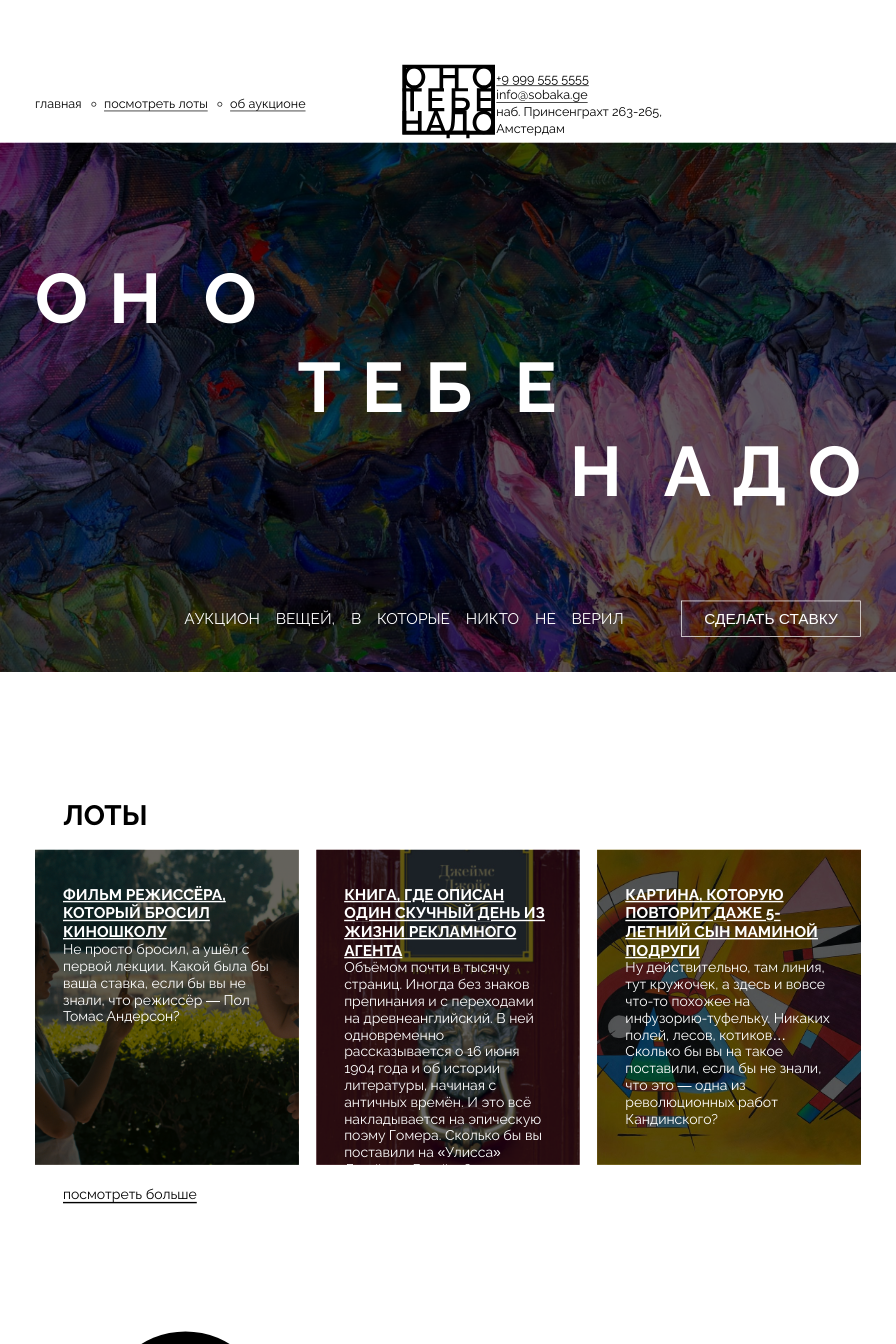
Repository: Hadoooouken/ono-tebe-nado
Page: index.html
These files come from the project's save history. The page is drawn as it stood at one moment and after a run of saves; the edit follows.
The browser window is 1280 px wide. The pictures show the part of the page from y = 0 to 1920 px (the page is 2687 px tall), at 70% of full size.

Above is the page before, as saved 2023-11-28 23:44:46.

### index.html
<!DOCTYPE html>
<html lang="ru">
  <head>
    <meta charset="UTF-8" />
    <meta http-equiv="X-UA-Compatible" content="IE=edge" />
    <meta name="viewport" content="width=device-width, initial-scale=1.0" />
    <link rel="stylesheet" href="./fonts/fonts.css" />
    <link rel="stylesheet" href="./styles/global.css" />
    <link rel="stylesheet" href="./styles/style.css" />
    <title>Оно тебе надо — аукцион вещей, в которые никто не верил</title>
  </head>
  <body>
    <header class="header section">
      <nav class="header__menu">
        <ul>
          <li class="header__links-list-item_no-bullit">
            <a href="#">главная</a>
          </li>
          <li><a href="#">посмотреть лоты</a></li>
          <li><a href="#">об аукционе</a></li>
        </ul>
      </nav>

      <div class="header__logo">
        <a href="#"><img src="./images/logo-black.svg" alt="Логотип" /></a>
      </div>

      <div class="address">
        <div><a href="tel:+99995555555">+9 999 555 5555</a></div>
        <div><a href="mailto:info@sobaka.ge">info@sobaka.ge</a></div>
        <p>наб. Принсенграхт 263-265, <br>Амстердам</br></p>
      </div>
    </header>

    <main>
      <section class="cover">
        <div class="overlay"></div>
        <h1 class="cover__title">
          <span class="align_left">он<span>о</span></span>
          <span class="align_center">теб<span>е</span></span>
          <span class="align_right"><span>н</span>адо</span>
        </h1>
        <div class="cover__description">
          <p class="divcover__description-text">
            Аукцион вещей, в которые никто не верил
          </p>
          <button type="button" class="bet-button">сделать ставку</button>
        </div>
      </section>

      <section class="lots section">
        <h2 class="lots__heading">лоты</h2>
        <ul class="lots__card-list">
          <li class="lots__card-list-item card_type_film">
            <div class="overlay"></div>
            <a class="card-link" href="#">
              <article class="card">
                <h3 class="card__title">
                  Фильм режиссёра, который бросил киношколу
                </h3>
                <p class="card__text">
                  Не просто бросил, а ушёл с первой лекции. Какой была бы ваша
                  ставка, если бы вы не знали, что режиссёр — Пол Томас
                  Андерсон?
                </p>
              </article>
            </a>
          </li>
          <li class="lots__card-list-item card_type_book">
            <div class="overlay"></div>
            <a class="card-link" href="#">
              <article class="card">
                <h3 class="card__title">
                  Книга, где описан один скучный день из жизни рекламного агента
                </h3>

                <p class="card__text">
                  Объёмом почти в тысячу страниц. Иногда без знаков препинания и
                  с переходами на древнеанглийский. В ней одновременно
                  рассказывается о 16 июня 1904 года и об истории литературы,
                  начиная с античных времён. И это всё накладывается на
                  эпическую поэму Гомера. Сколько бы вы поставили на «Улисса»
                  Джеймса Джойса?
                </p>
              </article>
            </a>
          </li>
          <li class="lots__card-list-item card_type_picture">
            <div class="overlay"></div>
            <a class="card-link" href="#">
              <article class="card">
                <h3 class="card__title">
                  Картина, которую повторит даже 5-летний сын маминой подруги
                </h3>

                <p class="card__text">
                  Ну действительно, там линия, тут кружочек, а здесь и вовсе
                  что-то похожее на инфузорию-туфельку. Никаких полей, лесов,
                  котиков… Сколько бы вы на такое поставили, если бы не знали,
                  что это — одна из революционных работ Кандинского?
                </p>
              </article>
            </a>
          </li>
        </ul>
        <a class="lots__look-more-link" href="#">посмотреть больше</a>
      </section>

      <section class="about section">
        <div class="about__left-column">
          <div class="about__logo">
            <img src="./images/logo-white.svg" alt="Логотип" />
          </div>
        </div>

        <div class="about__right-column">
          <h2 class="about__title">об аукционе</h2>
          <p class="about__text">
            Здесь вы не встретите очередное пафосное собрание невероятно
            дорогого антиквариата. Наши лоты вообще не должны были попасть ни на
            один аукцион. Потому что кому нужен дневник девочки-подростка или
            картина, которую может нарисовать даже ребёнок? Кому нужны все эти
            странные вещи, созданные любителями?
          </p>
          <p class="about__text">
            Слишком сложные или, наоборот, слишком простые. Опережающие своё
            время. В пух и прах растерзанные критиками. Непринятые и непонятые.
            Когда-то они казались просто неудачными. Но, несмотря на критику,
            кажущуюся простоту или сложность, сейчас без этих лотов невозможно
            представить современную культуру. Когда в эти вещи не верил никто,
            продолжали верить их создатели. И сейчас эти лоты стали культовыми.
          </p>
        </div>
      </section>
    </main>
    <footer class="footer section">
      <div class="address">
        <div><a href="tel:+99995555555">+9 999 555 5555</a></div>
        <div><a href="mailto:info@sobaka.ge">info@sobaka.ge</a></div>
        <p>наб. Принсенграхт 263-265, Амстердам</p>
      </div>

      <div class="footer__menu-list">
        <nav class="">
          <ul class="footer__menu-list-item">
            <li class="footer__menu-link_active">
              <a href="#">главная</a>
            </li>
            <li><a href="#">посмотреть лоты</a></li>
            <li><a href="#">об аукционе</a></li>
          </ul>
        </nav>
      </div>

      <div>
        <ul class="footer__social-list">
          <li class="footer__social-list-item">
            <a href="#"> <img src="./images/yt.svg" alt="ютуб" /></a>
          </li>
          <li class="footer__social-list-item">
            <a href="#"> <img src="./images/vk.svg" alt="вконтакте" /></a>
          </li>
          <li class="footer__social-list-item">
            <a href="#">
              <img src="./images/pinterest.svg" alt="пинтерест"
            /></a>
          </li>
        </ul>
      </div>
    </footer>
  </body>
</html>

### styles/global.css
*,
*::before,
*::after {
  box-sizing: border-box;
}

body {
  min-width: 1100px;
  margin: 0;
  font-family: Raleway, sans-serif;
  line-height: 24px;
}

h1,
h2,
h3,
h4,
h5,
h6,
p,
ul,
ol,
li,
blockquote {
  margin: 0;
  padding: 0;
}

a {
  color: inherit;
}

img {
  width: 100%;
}

### styles/style.css
.header {
 display: grid;
 grid-template-columns: 1fr min-content 1fr;
  padding-top: 92px;
  align-items: center;
  font-weight: 400;
  font-size: 18px;
  font-style: normal;
  text-underline-offset: 4px;
}


.address {
  trex

}

.header__menu ul {
  display: flex;
  gap: 32px;
  list-style-type: circle;
}

.header__links-list-item_no-bullit a {
  text-decoration: none;
}

li.header__links-list-item_no-bullit {
  list-style-type: none;
}

.header__logo {
  width: 138px;
}

.section {
  padding-left: 50px;
  padding-right: 50px;
}

.cover {
  background-image: url(../images/cover.jpg);
  background-repeat: no-repeat;
  background-size: cover;
  background-position: center;
  position: relative;
  z-index: 1;
}

.cover__title {
  display: flex;
  flex-direction: column;
  font-size: 100px;
  font-weight: 700;
  text-transform: uppercase;
  color: #fff;
  font-style: normal;
  position: relative;
  line-height: 115px;
  letter-spacing: 30px;
  z-index: 2;
  padding-top: 165px;
  padding-left: 50px;
  padding-right: 20px;
  gap: 20px;
}

.cover__title > span {
  display: block;
}

.overlay {
  top: 0;
  bottom: 0;
  right: 0;
  left: 0;
  background-color: rgba(0, 0, 0, 0.6);
  position: absolute;
  z-index: 0;
}

.align_left {
  text-align: left;
}

.align_center {
  text-align: center;
  line-height: 100px;
  padding-right: 60px;
}
.align_right {
  text-align: right;
  line-height: 100px;
}

.align_left span {
  margin-left: 31px;
}

.align_center span {
  margin-left: 31px;
}

.align_right span {
  margin-right: 30px;
}

.cover__description {
  display: flex;
  justify-content: end;
  flex-shrink: 0;
  padding: 134px 50px 50px;
  gap: 82px;
  align-items: center;
}

.divcover__description-text {
  color: #fff;
  font-size: 22px;
  font-style: normal;
  font-weight: 400;
  line-height: 28px;
  word-spacing: 17px;
  position: relative;
  text-transform: uppercase;
  z-index: 2;
}

.bet-button {
  background-color: transparent;
  border: 1px solid #fff;
  color: #fff;
  font-size: 22px;
  font-style: normal;
  font-weight: 400;
  line-height: normal;
  text-transform: uppercase;
  z-index: 2;
  width: 257px;
  height: 52px;
  padding: 10px 30px;
}

.lots {
  padding-top: 180px;
}

.lots__heading {
  padding-left: 40px;
  color: #000;
  font-size: 40px;
  font-style: normal;
  font-weight: 700;
  line-height: normal;
  text-transform: uppercase;
}

.lots__card-list {
  display: flex;
  padding-top: 27px;
  list-style-type: none;
  gap: 25px;
  margin-bottom: 30px;
}
.lots__card-list-item {
  display: flex;
  flex-grow: 1;
  flex-basis: 0;
  height: 450px;
  background-size: cover;
  padding: 50px 40px;
  position: relative;
}

.card_type_film {
  background-image: url(../images/card-lot-01.jpg);
}

.card_type_book {
  background-image: url(../images/card-lot-02.jpg);
}

.card_type_picture {
  background-image: url(../images/card-lot-03.jpg);
}

.card__title {
  color: #fff;
  font-size: 22px;
  font-style: normal;
  font-weight: 700;
  line-height: 120%;
  text-transform: uppercase;
  text-decoration: underline;
}

.card-link {
  display: flex;
  justify-content: space-between;
  flex-direction: column;
  text-decoration: none;
  position: relative;
  z-index: 1;
}

.card__text {
  color: #fff;
  font-size: 20px;
  font-style: normal;
  font-weight: 400;
  line-height: 120%;
}

.lots__look-more-link {
  color: #000;
  font-size: 20px;
  font-weight: 400;
  padding-left: 40px;
  text-underline-offset: 4px;
}

.about {
  display: flex;
  padding-top: 182px;
  border-radius: 10px;
}

.about__logo {
  background-color: #000;
  border-radius: 50%;
  width: 240px;
  height: 240px;
  padding: 63px 46px;
}

.about__title {
  color: #000;
  font-size: 40px;
  font-weight: 700;
  line-height: normal;
  text-transform: uppercase;
  margin-bottom: 100px;
}

.about__text {
  color: #000;
  font-size: 20px;
  font-weight: 400;
  line-height: normal;
  margin-bottom: 22px;
}

.about__left-column {
  padding-left: 95px;
  padding-right: 95px;
}

.about__right-column {
  padding-top: 98px;
  padding-left: 25px;
}

.footer {
  padding-top: 160px;
  display: flex;
  justify-content: space-between;
}

.footer__address {
  color: #000;
  font-size: 18px;
  font-style: normal;
  font-weight: 400;
  line-height: 24.3px;
  text-underline-offset: 4px;
  width: 250px;
}

.footer__menu-list {
  color: #000;
  font-size: 18px;
  font-style: normal;
  font-weight: 400;
  line-height: normal;
  text-align: center;
  text-underline-offset: 4px;
}
.footer__menu-list-item {
  list-style-type: none;
}

.footer__menu-link_active a {
  text-decoration: none;
}

.footer__social-list {
  display: flex;
  flex-direction: row;
  gap: 50px;
}

.footer__social-list-item {
  list-style-type: none;
  width: 48px;
  height: 48px;
}

Loaded but not shown: fonts/fonts.css (common file)

After the next 2 saves:
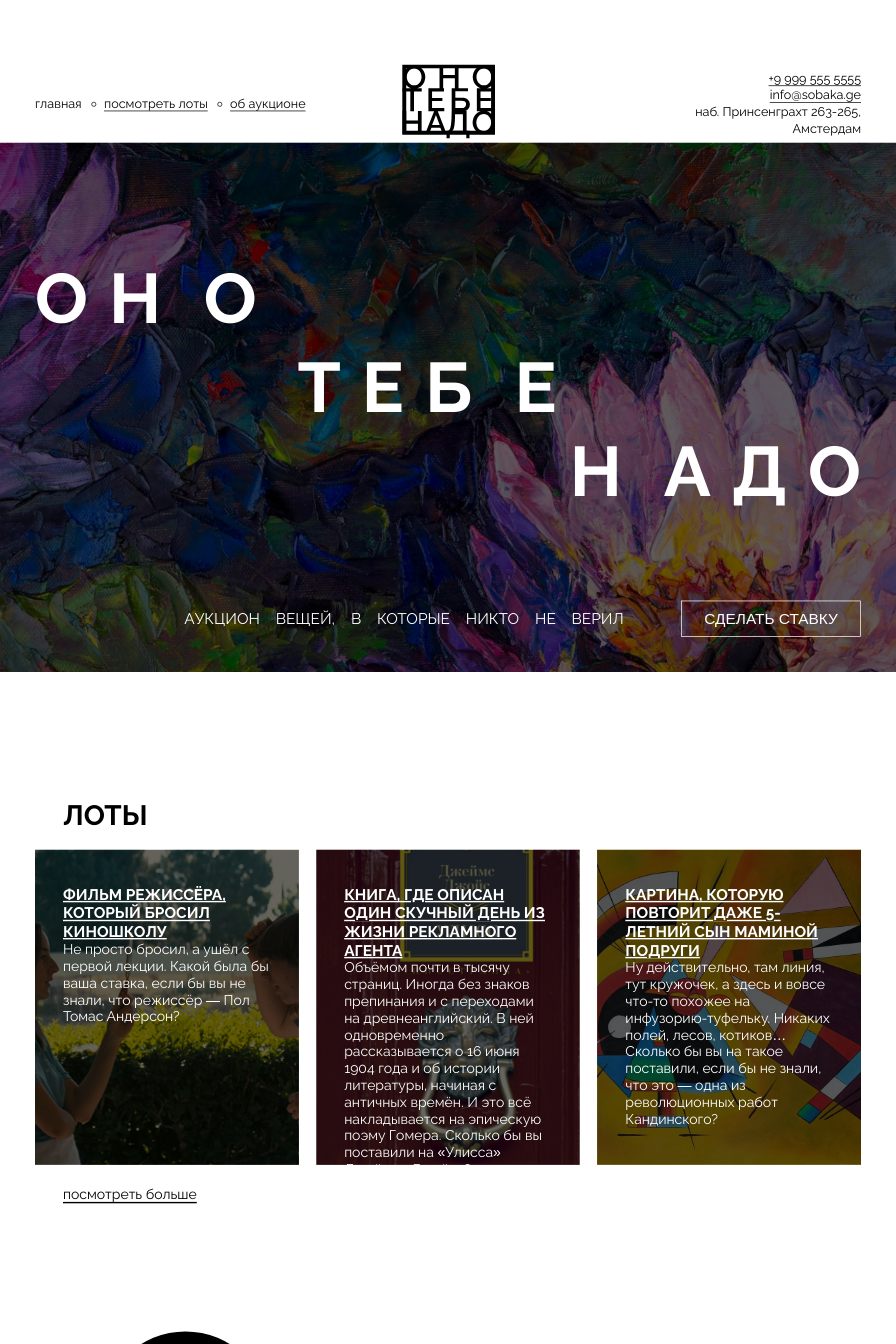
The 2 saves are shown as one change because they came seconds apart.
The last was saved 6 s later.
--- a/styles/style.css
+++ b/styles/style.css
@@ -11,7 +11,7 @@
 
 
 .address {
-  trex
+  text-align: end;
 
 }
 
